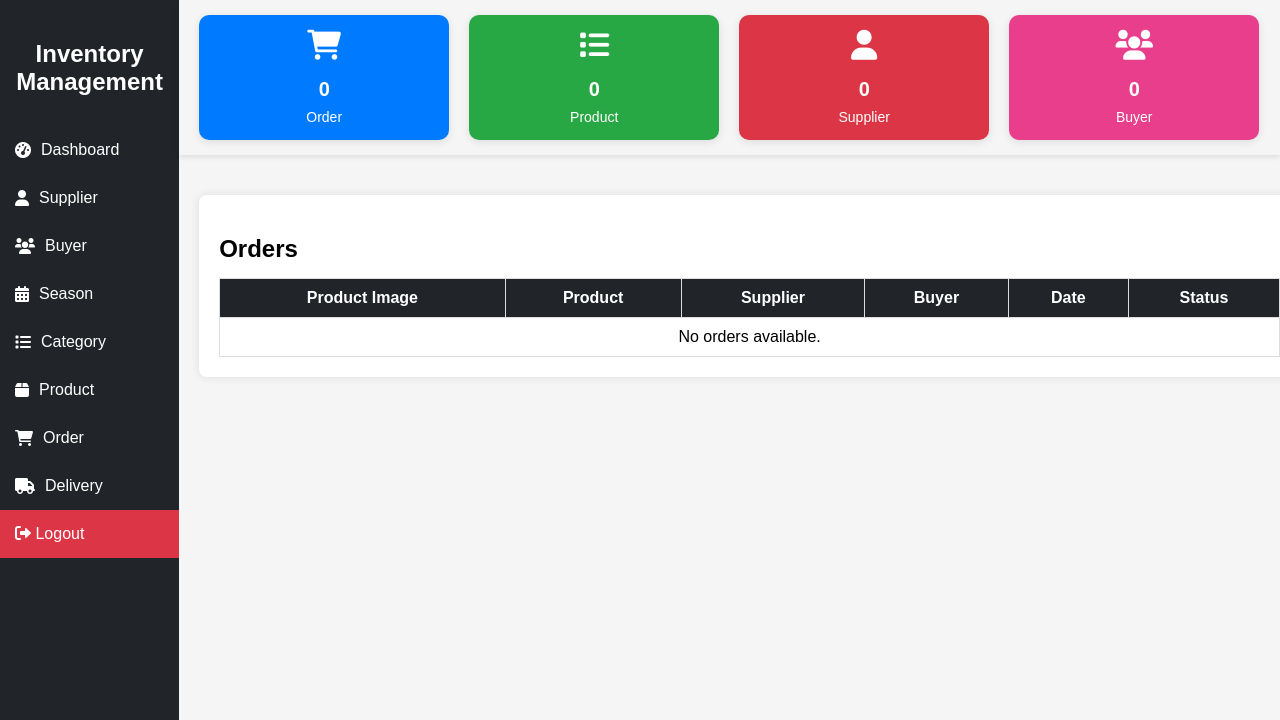
Repository: Fail2/Inventory_Management
Page: http://localhost/accounts/admin-dashboard/
The author's editor kept a copy of each file at every save. The page is drawn from the files as they stood at one save, then again after the next save.
The browser window is 1280 px wide. The pictures show the whole page.
The page is served by the project's application, run on Django 5.2 (inventory_management/manage.py). A made-up administrator, testuser (Test User, test@example.com), is signed in. Other server files are loaded and not shown. Queries for data that is not in the repository find no rows.

Above is the page before, as saved 2025-05-03 13:07:32.

### inventory_management/accounts/templates/accounts/admin_dashboard.html
{% extends 'accounts/admin_base.html' %}

{% block title %}Admin Dashboard{% endblock %}

{% block extra_css %}
<style>
    .orders-table {
        background: white;
        border-radius: 8px;
        box-shadow: 0 2px 4px rgba(0, 0, 0, 0.1);
        padding: 20px;
        margin-top: 20px;
    }

    .orders-table h2 {
        margin-bottom: 15px;
    }

    .orders-table table {
        width: 100%;
        border-collapse: collapse;
    }

    .orders-table thead {
        background-color: #212529;
        color: white;
    }

    .orders-table th,
    .orders-table td {
        text-align: center;
        padding: 10px;
        border: 1px solid #ddd;
    }

    .orders-table tbody tr:nth-child(even) {
        background-color: #f9f9f9;
    }

    .orders-table tbody tr:hover {
        background-color: #f1f1f1;
    }
</style>
{% endblock %}

{% block content %}
<!-- Orders Table -->
<div class="orders-table">
    <h2>Orders</h2>
    <table>
        <thead>
            <tr>
                <th>Product Image</th>
                <th>Product</th>
                <th>Supplier</th>
                <th>Buyer</th>
                <th>Date</th>
                <th>Status</th>
            </tr>
        </thead>
        <tbody>
            {% for order in orders %}
            <tr>
                <td>
                    <img src="{{ order.product.picture.url|default:'/media/product_images/default-image.jpg' }}"
                         alt="{{ order.product.name }}" width="60" height="60">
                </td>
                <td>{{ order.product.name }}</td>
                <td>
                    {% if order.supplier %}
                        {{ order.supplier.full_name }}
                    {% else %}
                        No supplier assigned
                    {% endif %}
                </td>
                <td>{{ order.buyer.full_name }}</td>
                <td>{{ order.order_date|date:"Y-m-d" }}</td>
                <td>{{ order.status|capfirst }}</td>
            </tr>
            {% empty %}
            <tr>
                <td colspan="6">No orders available.</td>
            </tr>
            {% endfor %}
        </tbody>
    </table>
</div>
{% endblock %}

### inventory_management/accounts/templates/accounts/admin_base.html
{% load static %}
<!DOCTYPE html>
<html lang="en">

<head>
    <meta charset="UTF-8">
    <title>{% block title %}Admin{% endblock %}</title>

    <link rel="icon" href="{% static 'favicon.ico' %}" type="image/x-icon">
    <link rel="stylesheet" href="https://cdnjs.cloudflare.com/ajax/libs/font-awesome/6.0.0/css/all.min.css">

    {% block extra_css %}{% endblock %}

    <style>
        body {
            margin: 0;
            font-family: 'Arial', sans-serif;
            background: #f5f5f5;
            height: 100vh;
            display: flex;
        }

        /* LEFT SIDEBAR */
        .sidebar {
            width: 14%;
            background: #212529;
            color: white;
            padding-top: 20px;
            display: flex;
            flex-direction: column;
        }

        .sidebar h2 {
            text-align: center;
            margin-bottom: 30px;
        }

        .sidebar a {
            display: flex;
            align-items: center;
            gap: 10px;
            color: white;
            padding: 15px;
            text-decoration: none;
            font-size: 16px;
        }

        .sidebar a:hover {
            background: #575757;
        }

        .logout-btn {
            width: 100%;
            border: none;
            background: #dc3545;
            color: white;
            padding: 15px;
            font-size: 16px;
            text-align: left;
            cursor: pointer;
            margin-top: auto;
        }

        /* RIGHT SECTION */
        .right-section {
            width: 86%;
            display: flex;
            flex-direction: column;
            height: 100%;
        }

        /* FIXED CARDS (AUTO HEIGHT) */
        .fixed-cards {
            padding: 15px 20px;
            background: #f5f5f5;
            box-shadow: 0 2px 5px rgba(0, 0, 0, 0.1);
            flex-shrink: 0;
            /* do not shrink */
        }

        .cards {
            display: flex;
            gap: 20px;
            flex-wrap: wrap;
        }

        .card {
            flex: 1;
            min-width: 180px;
            max-width: 220px;
            background: white;
            padding: 15px;
            border-radius: 10px;
            text-align: center;
            box-shadow: 0 2px 8px rgba(0, 0, 0, 0.1);
            color: white;
            transition: transform 0.3s ease;
        }

        .card:hover {
            transform: translateY(-5px);
        }

        .card i {
            font-size: 30px;
            margin-bottom: 10px;
        }

        .card h3 {
            margin: 8px 0;
            font-size: 20px;
        }

        .card p {
            margin: 0;
            font-size: 14px;
        }

        /* MAIN CONTENT (TAKES REST) */
        .main-content {
            flex-grow: 1;
            /* take remaining space */
            overflow-y: auto;
            padding: 20px;
            box-sizing: border-box;
        }

        .orders-table {
            background: white;
            width: 100%;
            border-radius: 8px;
            padding: 20px;
            box-shadow: 0 0 10px rgba(0, 0, 0, 0.1);
        }

        table {
            width: 100%;
            border-collapse: collapse;
            margin-top: 10px;
        }

        table,
        th,
        td {
            border: 1px solid #ddd;
        }

        th,
        td {
            padding: 8px;
            text-align: center;
        }

        th {
            background: #212529;
            color: white;
        }
    </style>
</head>

<body>
    <div class="sidebar">
        <h2>Inventory Management</h2>
        <a href="{% url 'admin_dashboard' %}"><i class="fas fa-tachometer-alt"></i> Dashboard</a>
        <a href="{% url 'user_list' 'supplier' %}"><i class="fas fa-user"></i> Supplier</a>
        <a href="{% url 'user_list' 'buyer' %}"><i class="fas fa-users"></i> Buyer</a>
        <a href="{% url 'grouped_product_list' 'season' %}"><i class="fas fa-calendar-alt"></i> Season</a>
        <a href="{% url 'grouped_product_list' 'category' %}"><i class="fas fa-list"></i> Category</a>
        <a href="{% url 'product_list' %}"><i class="fas fa-box"></i> Product</a>
        <a href="{% url 'admin_order_list' %}"><i class="fas fa-shopping-cart"></i> Order</a>
        <a href="#"><i class="fas fa-truck"></i> Delivery</a>
        <form method="post" action="{% url 'logout' %}">
            {% csrf_token %}
            <button type="submit" class="logout-btn"><i class="fas fa-sign-out-alt"></i> Logout</button>
        </form>
    </div>

    <div class="right-section">
        <div class="fixed-cards">
            <div class="cards">
                <div class="card" style="background: #007bff;">
                    <i class="fas fa-shopping-cart fa-2x"></i>
                    <h3>0</h3>
                    <p>Order</p>
                </div>
                <div class="card" style="background: #28a745;">
                    <i class="fas fa-list fa-2x"></i>
                    <h3>0</h3>
                    <p>Product</p>
                </div>
                <div class="card" style="background: #dc3545;">
                    <i class="fas fa-user fa-2x"></i>
                    <h3>0</h3>
                    <p>Supplier</p>
                </div>
                <div class="card" style="background: #e83e8c;">
                    <i class="fas fa-users fa-2x"></i>
                    <h3>0</h3>
                    <p>Buyer</p>
                </div>
            </div>
        </div>

        <div class="main-content">
            {% block content %}
            {% endblock %}
        </div>
    </div>

    {% block scripts %}
    {% endblock %}
</body>

</html>

### inventory_management/accounts/middleware/auth_middleware.py
from django.shortcuts import redirect

class BuyerSupplierLoginRequiredMiddleware:
    """
    Middleware to protect buyer and supplier pages.
    If user is not logged in, they will be redirected to login page.
    """

    def __init__(self, get_response):
        self.get_response = get_response

    def __call__(self, request):
        # Paths that need protection
        protected_paths = [
            '/buyer/',         # All buyer pages
            '/supplier/',      # All supplier pages
        ]

        # Check if the request path starts with any protected path
        if any(request.path.startswith(path) for path in protected_paths):
            if not request.session.get('user_type'):
                # If user_type not found in session, redirect to login
                return redirect('login')  # URL name of your login page

        response = self.get_response(request)
        return response

### inventory_management/accounts/models.py
from django.db import models
from django.contrib.auth.models import AbstractUser
from django.core.validators import MinValueValidator
import os
import uuid
from django.utils.deconstruct import deconstructible

# Custom User Model for Buyer and Seller types
class CustomUser(AbstractUser):
    USER_TYPE_CHOICES = (
        ('buyer', 'Buyer'),
        ('supplier', 'Supplier'),
    )
    user_type = models.CharField(max_length=10, choices=USER_TYPE_CHOICES)

    def is_admin(self):
        return self.is_superuser  # Check if the user is an admin

class Buyer(models.Model):
    full_name=models.CharField(max_length=100)
    address = models.TextField()
    email = models.EmailField(unique=True)
    username = models.CharField(max_length=100,unique=True)
    password =models.CharField(max_length=128) #store hashed password
    last_login = models.DateTimeField(null=True, blank=True)
    date_joined = models.DateTimeField(auto_now_add=True)


    def __str__(self):
        return self.full_name

class Supplier(models.Model):
    full_name=models.CharField(max_length=100)
    address = models.TextField()
    email = models.EmailField(unique=True)
    username = models.CharField(max_length=100,unique=True)
    password =models.CharField(max_length=128) #store hashed password
    last_login = models.DateTimeField(null=True, blank=True)
    date_joined = models.DateTimeField(auto_now_add=True)


    def __str__(self):
        return self.full_name

class Season(models.Model):
    name = models.CharField(max_length=100)

    def __str__(self):
        return self.name

class Category(models.Model):
    name = models.CharField(max_length=100)

    def __str__(self):
        return self.name

#for creating unique file name for image so that no override occurs
@deconstructible
class UniqueFileName:
    def __init__(self, subdir):
        self.subdir = subdir

    def __call__(self, instance, filename):
        ext = filename.split('.')[-1]
        unique_filename = f"{uuid.uuid4().hex}.{ext}"
        return os.path.join(self.subdir, unique_filename)

class Product(models.Model):
    name = models.CharField(max_length=255)
    category = models.ForeignKey(Category, on_delete=models.SET_NULL,null=True, blank=True)
    season = models.ForeignKey(Season, on_delete=models.SET_NULL, null=True, blank=True)
    price = models.DecimalField(max_digits=10, decimal_places=2,validators=[MinValueValidator(0.01)])
    quantity = models.PositiveIntegerField()
    picture = models.ImageField(upload_to=UniqueFileName('product_images/'), null=True, blank=True)
    supplier = models.ForeignKey(Supplier, on_delete=models.SET_NULL, null=True, blank=True)  # Now optional

    def __str__(self):
        return self.name
    def save(self, *args, **kwargs):
        try:
            this = Product.objects.get(id=self.id)
            if this.picture and self.picture != this.picture:
                if os.path.isfile(this.picture.path):
                    os.remove(this.picture.path)
        except Product.DoesNotExist:
            pass  # This is a new product, no need to delete anything

        super().save(*args, **kwargs)

    def delete(self, *args, **kwargs):
        if self.picture and os.path.isfile(self.picture.path):
            os.remove(self.picture.path)
        super().delete(*args, **kwargs)


class Order(models.Model):
    STATUS_CHOICES = [
        ('pending', 'Pending'),
        ('approved', 'Approved'),
        ('shipped', 'Shipped'),
        ('completed', 'Completed'),
    ]
    buyer = models.ForeignKey(Buyer, on_delete=models.CASCADE)
    product = models.ForeignKey(Product, on_delete=models.CASCADE)
    supplier = models.ForeignKey(Supplier, on_delete=models.SET_NULL, null=True, blank=True)
    quantity = models.PositiveIntegerField()
    total_amount = models.DecimalField(max_digits=10, decimal_places=2, blank=True, null=True)
    delivery_address = models.TextField()  # <- NEW FIELD for where to send
    status = models.CharField(max_length=20, choices=STATUS_CHOICES, default='pending')
    order_date = models.DateTimeField(auto_now_add=True)

    def __str__(self):
        return f"Order #{self.id} - {self.product.name} by {self.buyer.full_name}"

    def save(self, *args, **kwargs):
        if self.product and self.quantity:
            self.total_amount = self.product.price * self.quantity
        super().save(*args, **kwargs)

class Delivery(models.Model):
    order = models.OneToOneField(Order, on_delete=models.CASCADE)
    delivery_date = models.DateField()
    status = models.CharField(max_length=50)

    def __str__(self):
        return f"Delivery for {self.order}"

### inventory_management/inventory_management/urls.py
"""
URL configuration for inventory_management project.

The `urlpatterns` list routes URLs to views. For more information please see:
    https://docs.djangoproject.com/en/5.2/topics/http/urls/
Examples:
Function views
    1. Add an import:  from my_app import views
    2. Add a URL to urlpatterns:  path('', views.home, name='home')
Class-based views
    1. Add an import:  from other_app.views import Home
    2. Add a URL to urlpatterns:  path('', Home.as_view(), name='home')
Including another URLconf
    1. Import the include() function: from django.urls import include, path
    2. Add a URL to urlpatterns:  path('blog/', include('blog.urls'))
"""
from django.contrib import admin
from django.conf import settings
from django.conf.urls.static import static
from django.urls import path,include

urlpatterns = [
    path('admin/', admin.site.urls),
    path('accounts/',include('accounts.urls')),
]
# This serves media files in development (make sure to only use this in development)
if settings.DEBUG:
    urlpatterns += static(settings.MEDIA_URL, document_root=settings.MEDIA_ROOT)

### inventory_management/accounts/urls.py

from django.conf import settings
from django.conf.urls.static import static
from django.urls import path
from . import views

urlpatterns = [
    # Admin-related paths
    path('admin-login/', views.admin_login_view, name='admin-login'),
    path('admin-dashboard/', views.admin_dashboard, name='admin_dashboard'),
    path('<str:user_type>/list/', views.user_list, name='user_list'),
    path('<str:user_type>/add/', views.add_user, name='add_user'),
    path('<str:user_type>/edit/<int:user_id>/', views.edit_user, name='edit_user'),
    path('<str:user_type>/delete/<int:user_id>/', views.delete_user, name='delete_user'),
    path('products/', views.product_list, name='product_list'),
    path('add/', views.add_product, name='add_product'),  # add_product view coming next
    path('products/<int:product_id>/edit/', views.edit_product, name='edit_product'),
    path('products/<int:product_id>/delete/', views.delete_product, name='delete_product'),
    path('products/by/<str:group_by>/', views.grouped_product_list, name='grouped_product_list'),
    path('add/<str:group_by>/', views.add_group, name='add_group'),
    path('admin/orders/', views.admin_order_list, name='admin_order_list'),


    # Buyer/Seller login
    path('login/', views.login_view, name='login'),
    path('logout/', views.logout_view, name='logout'),


    # Buyer-specific paths
    path('buyer/login/', views.login_view, name='login_view'),
    path('buyer/home/', views.buyer_home, name='buyer_home'),
    path('buyer/orders/', views.buyer_orders, name='buyer_orders'),
    path('buyer/place_order/<int:product_id>/', views.place_order, name='place_order'),
    path('<str:user_type>/product/<int:product_id>/', views.buyer_product_detail, name='buyer_product_detail'),


    #Supplier

]

Loaded but not shown: inventory_management/accounts/templatetags/custom_tags.py (common file); inventory_management/accounts/views.py (516 lines, source omitted)

After the next save:
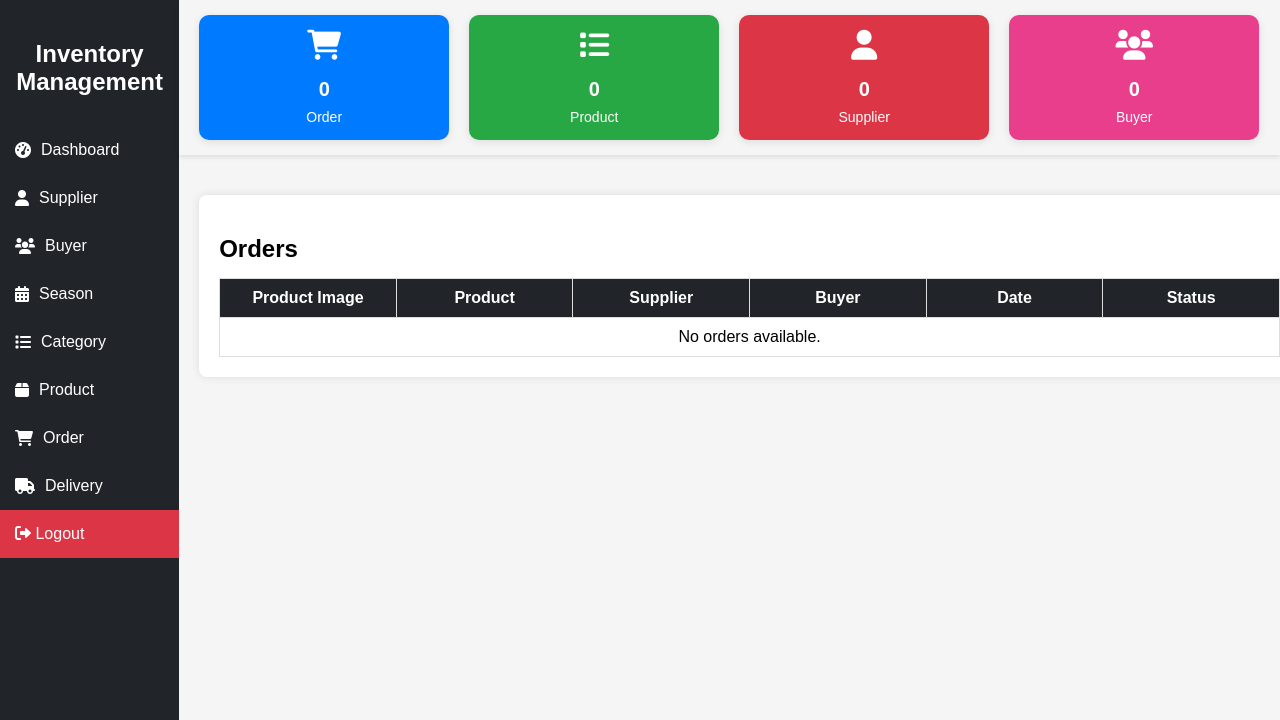
Saved 3 min 6 s later.
--- a/inventory_management/accounts/templates/accounts/admin_dashboard.html
+++ b/inventory_management/accounts/templates/accounts/admin_dashboard.html
@@ -10,6 +10,9 @@
         box-shadow: 0 2px 4px rgba(0, 0, 0, 0.1);
         padding: 20px;
         margin-top: 20px;
+        max-height: 500px; /* Set a fixed height for the table to allow scrolling */
+        overflow-y: auto;  /* Enable vertical scrolling */
+        overflow-x: hidden;  /* Disable horizontal scrolling */
     }
 
     .orders-table h2 {
@@ -19,6 +22,7 @@
     .orders-table table {
         width: 100%;
         border-collapse: collapse;
+        table-layout: fixed; /* Ensure the table doesn't overflow horizontally */
     }
 
     .orders-table thead {
@@ -74,7 +78,7 @@
                     {% endif %}
                 </td>
                 <td>{{ order.buyer.full_name }}</td>
-                <td>{{ order.order_date|date:"Y-m-d" }}</td>
+                <td>{{ order.order_date|date:"Y-m-d H:i" }}</td>
                 <td>{{ order.status|capfirst }}</td>
             </tr>
             {% empty %}
